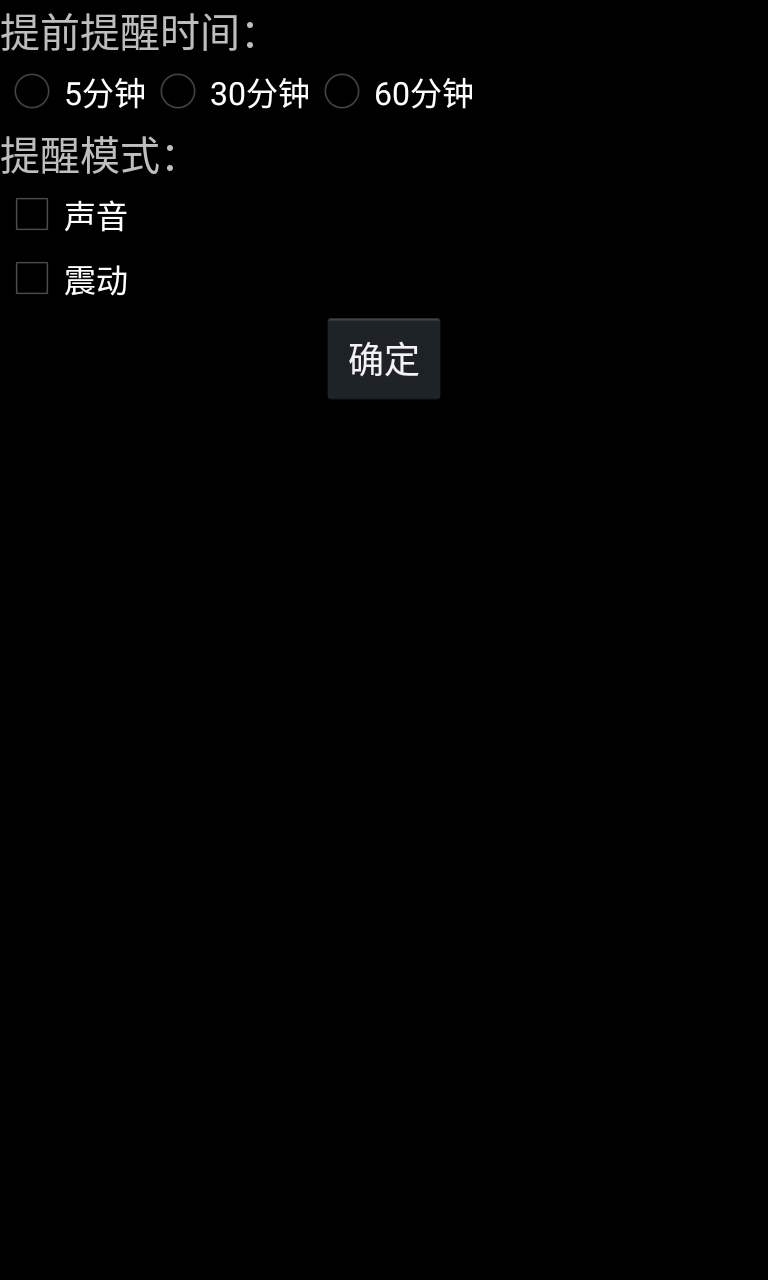
Repository: GuangmingChan/DevelopAndroidApp
Layout: demoRing/res/layout/main.xml
These files come from the project's save history. The layout is drawn as it stood at one moment and after the next save; the edit follows.
It is drawn on a 768 x 1280 px phone screen (xhdpi) without system bars, with theme android:Theme.Holo; the app's code is not run.

Above is the layout before, as saved 2017-03-31 02:49:26.

### demoRing/res/layout/main.xml
<?xml version="1.0" encoding="utf-8"?>
<LinearLayout xmlns:android="http://schemas.android.com/apk/res/android"
    android:layout_width="fill_parent"
    android:layout_height="wrap_content"
    android:orientation="vertical" >
<!--
    <TextView
        android:layout_width="fill_parent"
        android:layout_height="wrap_content"
        android:text="1.你更喜欢哪种水果？" />

    <RadioGroup
        android:orientation="horizontal"
        android:layout_width="wrap_content"
        android:layout_height="wrap_content"
        >
        <RadioButton
            android:id="@+id/rdbt1"
            android:layout_width="wrap_content"
            android:layout_height="wrap_content"
            android:textSize="10sp"
            android:paddingLeft="25dp"
            android:text="A.草莓"
            />
        <RadioButton
            android:id="@+id/rdbt2"
            android:layout_width="wrap_content"
            android:layout_height="wrap_content"
            android:textSize="10sp"
            android:paddingLeft="25dp"
            android:text="B.苹果"
            />
        <RadioButton
            android:id="@+id/rdbt3"
            android:layout_width="wrap_content"
            android:layout_height="wrap_content"
            android:textSize="10sp"
            android:paddingLeft="25dp"
            android:text="C.西瓜"
            />
        <RadioButton
            android:id="@+id/rdbt4"
            android:layout_width="wrap_content"
            android:layout_height="wrap_content"
            android:textSize="10sp"
            android:paddingLeft="25dp"
            android:text="D.菠萝"
            />
        <RadioButton
            android:id="@+id/rdbt5"
            android:layout_width="wrap_content"
            android:layout_height="wrap_content"
            android:textSize="10sp"
            android:paddingLeft="25dp"
            android:text="E.橘子"
            />
    </RadioGroup>
    <TextView
        android:layout_width="fill_parent"
        android:layout_height="wrap_content"
        android:text="2.你平时休闲经常去什么地方？" />
 -->
 	<TextView
 	    android:id="@+id/tv1"
        android:layout_width="fill_parent"
        android:layout_height="wrap_content"
        android:textSize="20sp"
        android:text="提前提醒时间：" />

 	<RadioGroup
 	    android:id="@+id/radgrp"
        android:orientation="horizontal"
        android:layout_width="wrap_content"
        android:layout_height="wrap_content"
        >
        <RadioButton
            android:id="@+id/rdbt1"
            android:layout_width="wrap_content"
            android:layout_height="wrap_content"
            android:text="5分钟"
            />

        <RadioButton
            android:id="@+id/rdbt2"
            android:layout_width="wrap_content"
            android:layout_height="wrap_content"
            android:text="30分钟" />

        <RadioButton
            android:id="@+id/rdbt3"
            android:layout_width="wrap_content"
            android:layout_height="wrap_content"
            android:text="60分钟" />
 	</RadioGroup>

 	<TextView
        android:layout_width="fill_parent"
        android:layout_height="wrap_content"
        android:textSize="20sp"
        android:text="提醒模式：" />

 	<CheckBox
        android:id="@+id/chebox1"
        android:layout_width="wrap_content"
        android:layout_height="wrap_content"
        android:text="声音" />
 	<CheckBox
        android:id="@+id/chebox2"
        android:layout_width="wrap_content"
        android:layout_height="wrap_content"
        android:text="震动" />
 	<Button
 	    android:id="@+id/btok"
        android:layout_width="wrap_content"
        android:layout_height="wrap_content"
        android:layout_gravity="center"
        android:text="确定"/>
</LinearLayout>

After the next save:
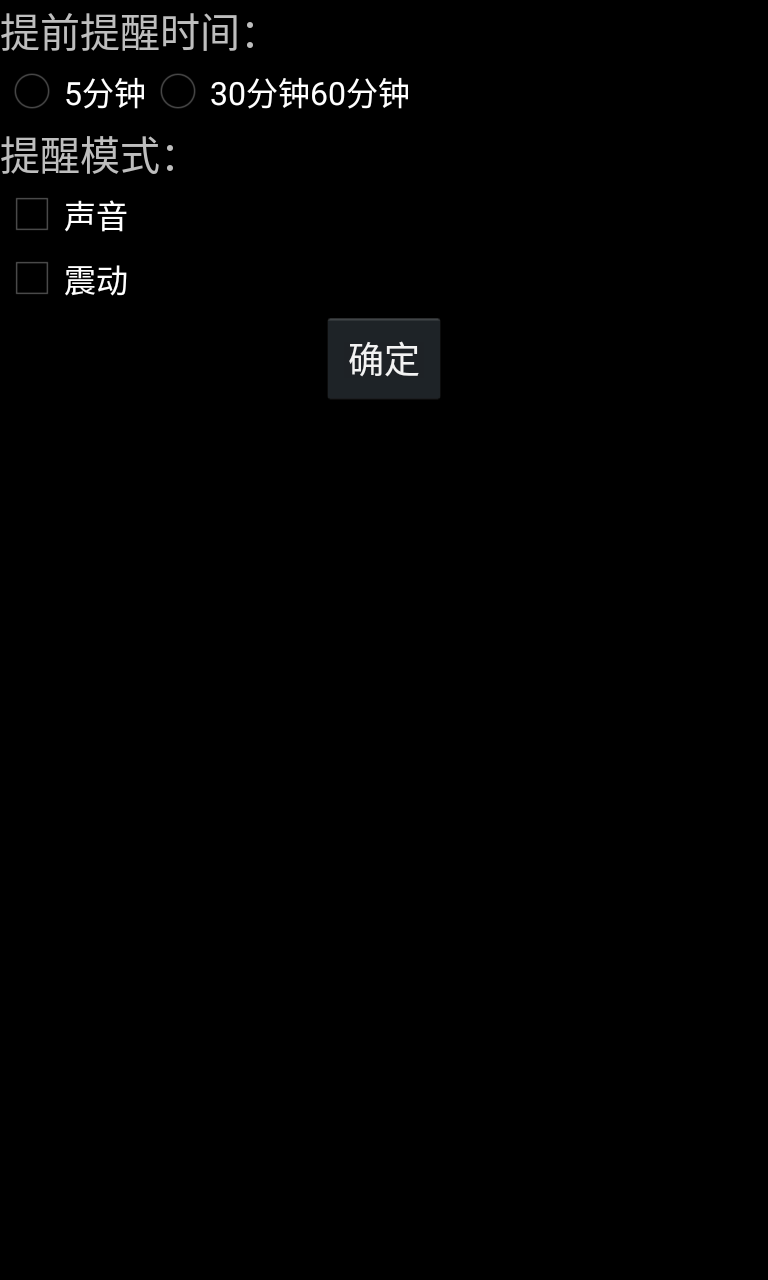
Saved 48 s later.
--- a/demoRing/res/layout/main.xml
+++ b/demoRing/res/layout/main.xml
@@ -90,6 +90,7 @@
             android:id="@+id/rdbt3"
             android:layout_width="wrap_content"
             android:layout_height="wrap_content"
+            android:button="checkingstyle"
             android:text="60分钟" />
  	</RadioGroup>
 
